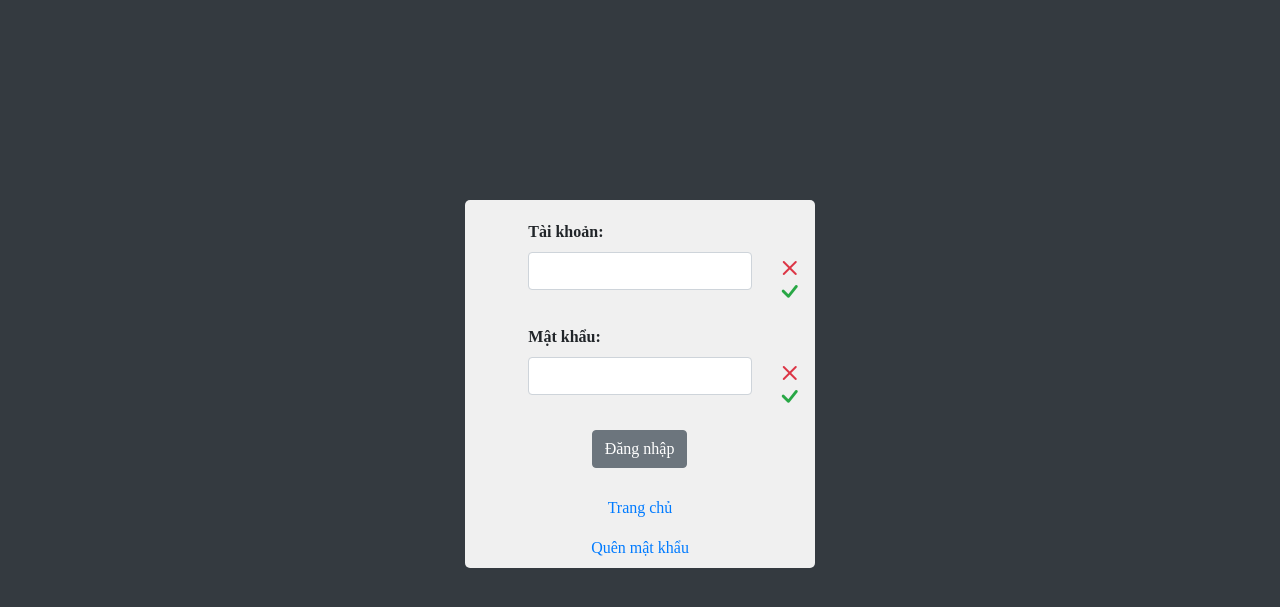
Repository: cuongnh2k/phimmoi
Page: http://localhost/phimmoi/Login.jsp
An editor plug-in stored every save of this project. The page is shown before and after the next save, followed by the edit.
The browser window is 1280 px wide. The pictures show the whole page.
Some web fonts or font styles are not loaded; a fallback is used. The page is served by Tomcat 9. Nobody is signed in. The application's start-up code is not run. Other server files are loaded and not shown.

Above is the page before, as saved 2021-08-23 03:43:08.

### phimmoi/src/main/webapp/Login.jsp
<%@ page language="java" contentType="text/html; charset=UTF-8"
	pageEncoding="UTF-8"%>
<%@ taglib prefix="c" uri="http://java.sun.com/jsp/jstl/core"%>
<!doctype html>
<html lang="vi-VN">
<head>
<!-- Required meta tags -->
<meta charset="utf-8">
<meta name="viewport"
	content="width=device-width, initial-scale=1, shrink-to-fit=no">
<!-- Bootstrap CSS -->
<link rel="stylesheet"
	href="https://cdn.jsdelivr.net/npm/bootstrap@4.6.0/dist/css/bootstrap.min.css"
	integrity="sha384-B0vP5xmATw1+K9KRQjQERJvTumQW0nPEzvF6L/Z6nronJ3oUOFUFpCjEUQouq2+l"
	crossorigin="anonymous">
<!-- Bootstrap JS -->
<script src="https://code.jquery.com/jquery-3.5.1.slim.min.js"
	integrity="sha384-DfXdz2htPH0lsSSs5nCTpuj/zy4C+OGpamoFVy38MVBnE+IbbVYUew+OrCXaRkfj"
	crossorigin="anonymous"></script>
<script
	src="https://cdn.jsdelivr.net/npm/bootstrap@4.6.0/dist/js/bootstrap.bundle.min.js"
	integrity="sha384-Piv4xVNRyMGpqkS2by6br4gNJ7DXjqk09RmUpJ8jgGtD7zP9yug3goQfGII0yAns"
	crossorigin="anonymous"></script>
<!-- Bootstrap ICON -->
<link rel="stylesheet"
	href="https://cdn.jsdelivr.net/npm/bootstrap-icons@1.5.0/font/bootstrap-icons.css">
<!-- font google -->
<link rel="stylesheet"
	href="https://fonts.googleapis.com/css?family=Sofia">
<!-- jquery -->
<script
	src="https://ajax.googleapis.com/ajax/libs/jquery/3.5.1/jquery.min.js"></script>
<title>Đăng nhập</title>
</head>

<style>
.khung {
	margin: auto;
	margin-top: 200px;
}

@media screen and (max-width: 500px) {
	.khung {
		margin-top: 150px;
	}
}

@media screen and (max-width: 450px) {
	.khung {
		margin-top: 100px;
	}
}

@media screen and (max-width: 400px) {
	.khung {
		margin-top: 50px;
	}
}

@media screen and (max-width: 350px) {
	.khung {
		margin-top: 0px;
	}
}
</style>
<body class="bg-dark" style="font-family: Trirong, serif;">
	<div
		style="width: 350px; border-radius: 5px; background-color: rgb(240, 240, 240);"
		class="khung">
		<form action="#" method="post">
			<div class="row">
				<div class="col-2"></div>
				<div class="col-8" style="margin-top: 20px;">
					<label for="taiKhoan"><b>Tài khoản:</b></label>
				</div>
				<div class="col-2"></div>
				<div class="col-2"></div>
				<div class="col-8">
					<input oninput="checkAccount(this)" class="form-control" id="taiKhoan" name="taiKhoan"
						type="text">
				</div>
				<div class="col-2" style="margin-top: 5px;" id="acc">
					<i class="bi bi-x-lg text-danger"></i> <i
						class="bi bi-check-lg text-success"></i>
				</div>
				<div class="col-2"></div>
				<div class="col-8" style="margin-top: 20px;">
					<label for="matKhau"><b>Mật khẩu:</b></label>
				</div>
				<div class="col-2"></div>
				<div class="col-2"></div>
				<div class="col-8">
					<input class="form-control" id="matKhau" name="matKhau"
						type="password">
				</div>
				<div class="col-2" style="margin-top: 5px;" id="pass">
					<i class="bi bi-x-lg text-danger"></i> <i
						class="bi bi-check-lg text-success"></i>
				</div>

				<div class="col-4"></div>
				<div class="col-4" style="margin-top: 20px;">
					<input type="submit" value="Đăng nhập" class="btn btn-secondary">
				</div>
				<div class="col-4"></div>
				<div class="col-12 text-center" style="margin-top: 20px;">
					<a href="home" class="text-center nav-link">Trang chủ</a>
				</div>
				<div class="col-12 text-center"margin-bottom: 20px;">
					<a href="#" class="text-center nav-link">Quên mật khẩu</a>
				</div>
			</div>

		</form>
	</div>
	<script>
		function checkAccount(account) {
			var acc1 = account.value;
			$.ajax({
				url : "/phimmoi/check-account",
				type : "post",
				data : {
					acc : acc1
				},
				success : function(data) {
					var row = document.getElementById("acc");
					row.innerHTML = data;
				}

			});
		}
		function checkPassword(password) {
			var pass1 = password.value;
			$.ajax({
				url : "/phimmoi/check-password",
				type : "post",
				data : {
					pass : pass1
				},
				success : function(data) {
					var row1 = document.getElementById("pass");
					row1.innerHTML = data;
				}

			});
		}
	</script>
</body>
</html>

After the next save:
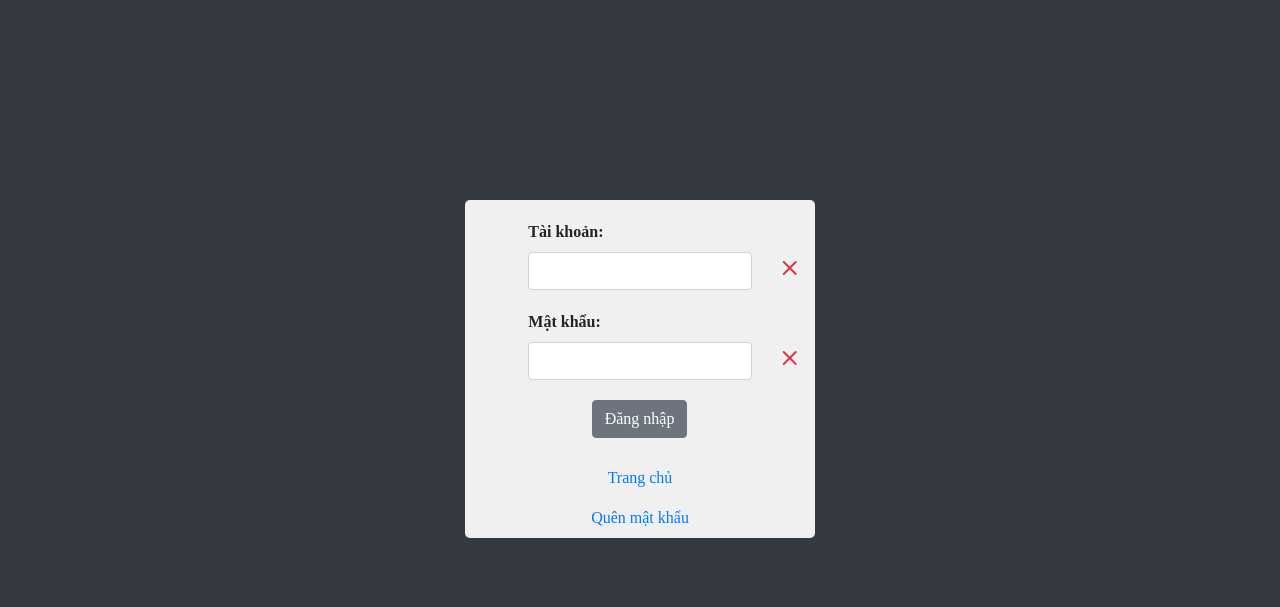
Saved 17 min 55 s later.
--- a/phimmoi/src/main/webapp/Login.jsp
+++ b/phimmoi/src/main/webapp/Login.jsp
@@ -80,8 +80,7 @@
 						type="text">
 				</div>
 				<div class="col-2" style="margin-top: 5px;" id="acc">
-					<i class="bi bi-x-lg text-danger"></i> <i
-						class="bi bi-check-lg text-success"></i>
+					<i class="bi bi-x-lg text-danger"></i>
 				</div>
 				<div class="col-2"></div>
 				<div class="col-8" style="margin-top: 20px;">
@@ -94,8 +93,7 @@
 						type="password">
 				</div>
 				<div class="col-2" style="margin-top: 5px;" id="pass">
-					<i class="bi bi-x-lg text-danger"></i> <i
-						class="bi bi-check-lg text-success"></i>
+					<i class="bi bi-x-lg text-danger"></i>
 				</div>
 
 				<div class="col-4"></div>
